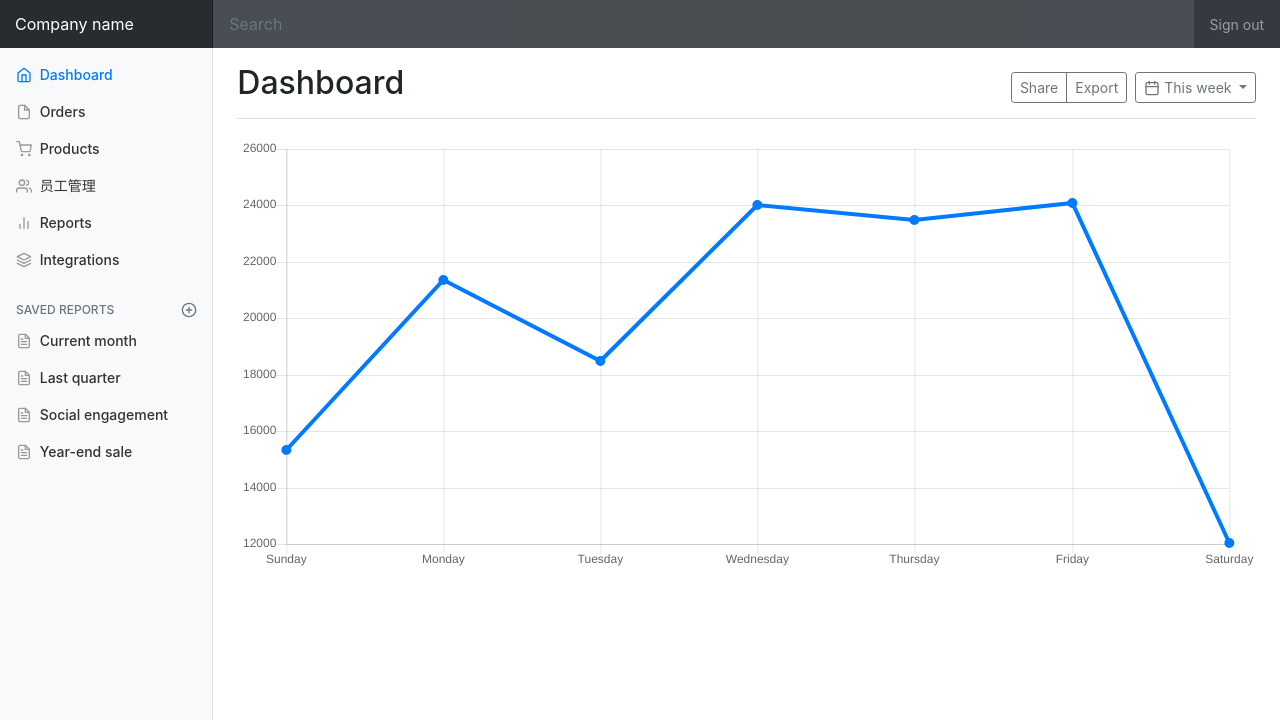
Repository: ocxz/spring
Page: http://localhost/dashboard
An editor plug-in stored every save of this project. The page is shown before and after the next save, followed by the edit.
The browser window is 1280 px wide. The pictures show the whole page.
The page is this project's Thymeleaf template; nobody is signed in. The template is opened directly, without the code that normally fills it, so the values that code supplies are empty.

Above is the page before, as saved 2019-12-12 02:12:05.

After the next save:
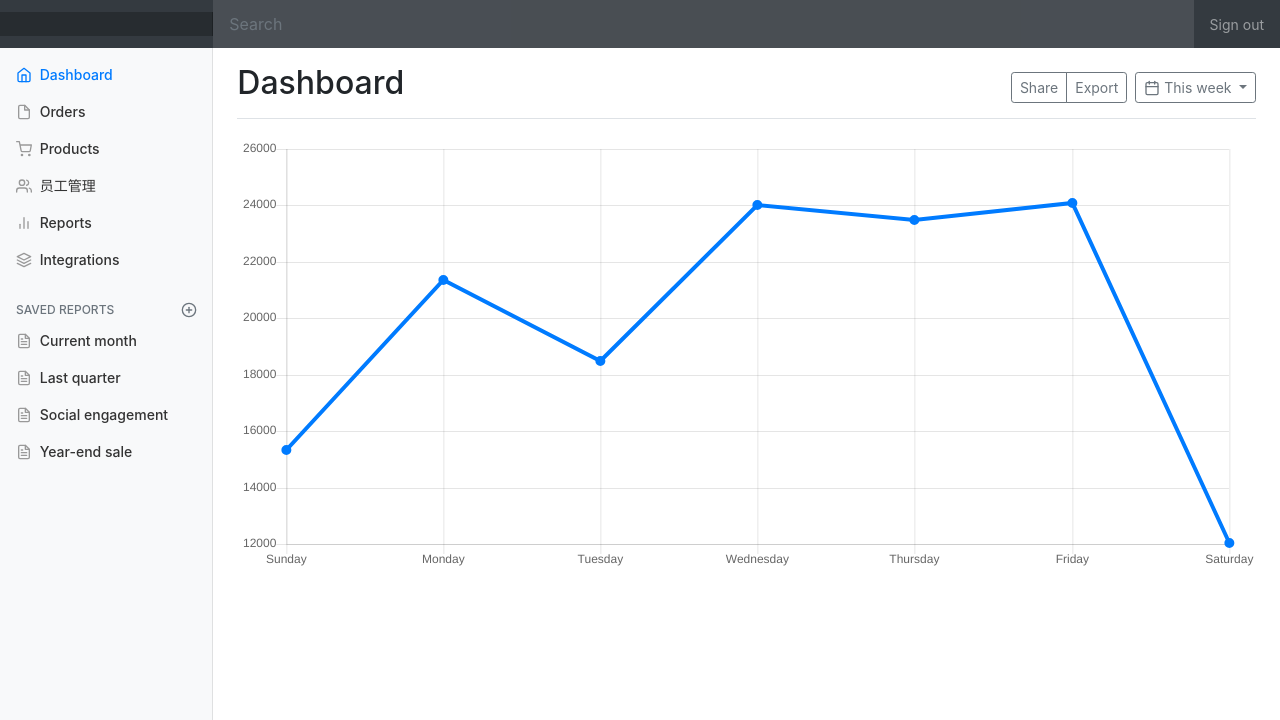
Saved 3 min 56 s later.
--- a/Spring/代码/7.SpringBoot-web-restfulcrud/src/main/resources/templates/dashboard.html
+++ b/Spring/代码/7.SpringBoot-web-restfulcrud/src/main/resources/templates/dashboard.html
@@ -43,7 +43,7 @@
 
 	<body>
 		<nav class="navbar navbar-dark sticky-top bg-dark flex-md-nowrap p-0" th:fragment="topbar">
-			<a class="navbar-brand col-sm-3 col-md-2 mr-0" href="#" th:href="@{/company}">Company name</a>
+			<a class="navbar-brand col-sm-3 col-md-2 mr-0" href="#" th:href="@{/company}"></a>
 			<input class="form-control form-control-dark w-100" type="text" placeholder="Search" aria-label="Search">
 			<ul class="navbar-nav px-3">
 				<li class="nav-item text-nowrap">
